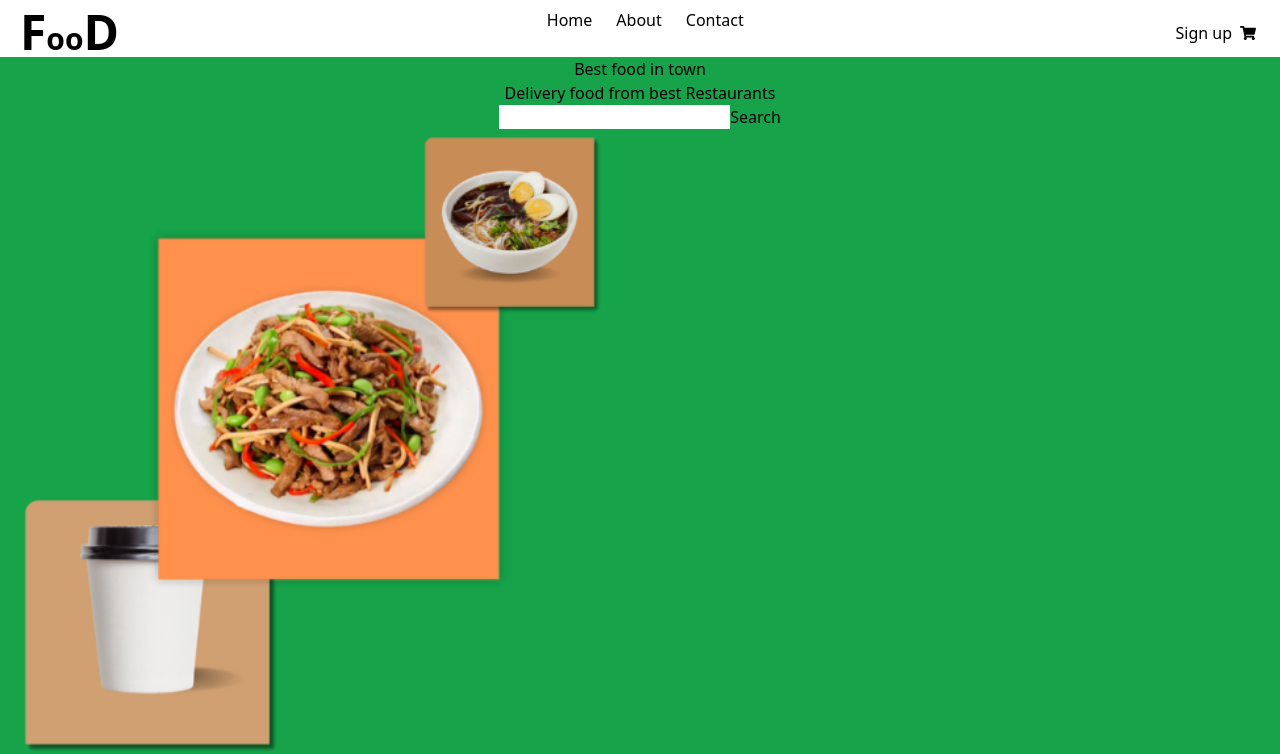
Repository: KhushiCode14/FoodWeb
Page: /
An editor plug-in stored every save of this project. The page is shown before and after the next save, followed by the edit.
The browser window is 1280 px wide. The pictures show the whole page.
The project was rebuilt for these pictures with package versions that can differ from the ones it lists, and the page was loaded fresh each time. Also part of the build but not shown: src/components/Home/SignUp.tsx, src/components/Home/SignIn.tsx.

Above is the page before, as saved 2024-09-19 19:05:00.

After the next save:
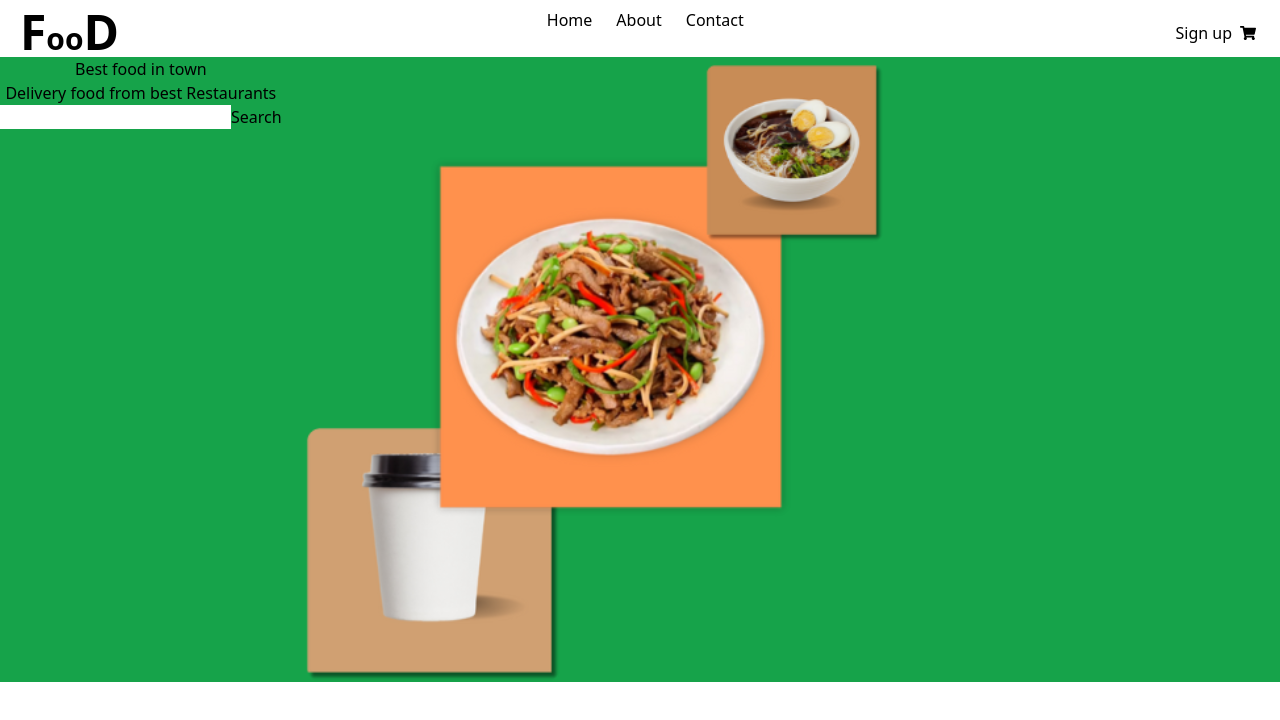
Saved 48 s later.
--- a/src/Pages/Home.tsx
+++ b/src/Pages/Home.tsx
@@ -1,16 +1,15 @@
 
 import food from "../components/images/food.png"
-const Home:React.FC = () => {
+const Home: React.FC = () => {
   return (
-    <div className="bg-green-600 ">
-
+    <div className="bg-green-600  flex ">
       <div>
         <h3>Best food in town</h3>
-      <h1>Delivery food from best Restaurants</h1>
-     <div>
-     <input type="text"></input>
-     <button>Search</button>
-     </div>
+        <h1>Delivery food from best Restaurants</h1>
+        <div>
+          <input type="text"></input>
+          <button>Search</button>
+        </div>
       </div>
       <div >
         <img src={food} alt="logo" />
